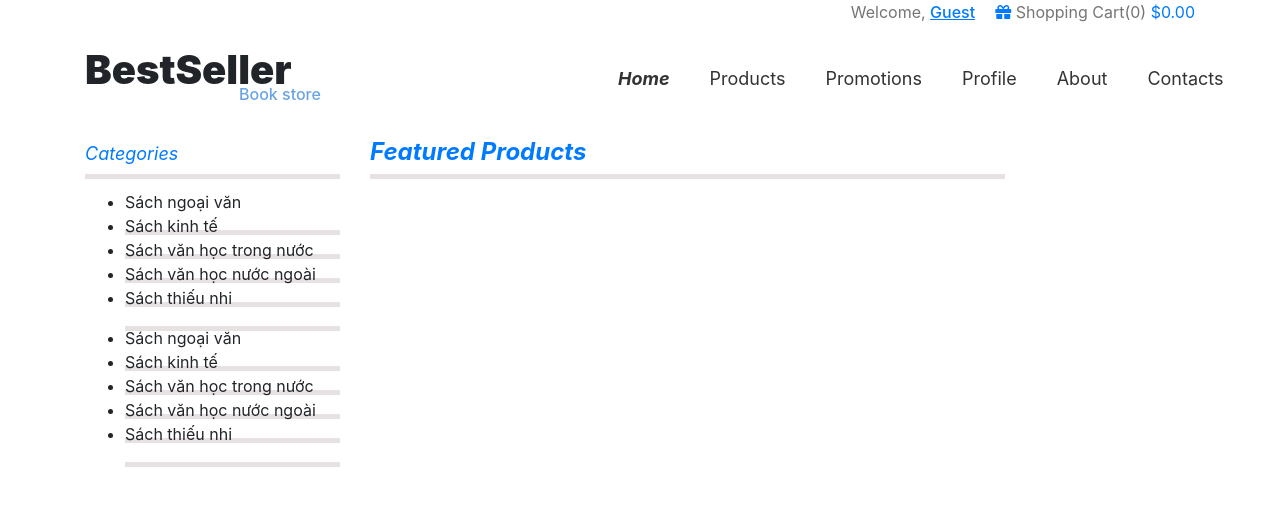
Repository: phunobi1807/BestSeller
Page: index.html
These files come from the project's save history. The page is drawn as it stood at one moment and after the next save; the edit follows.
The browser window is 1280 px wide. The pictures show the whole page.

Above is the page before, as saved 2021-06-28 23:14:42.

After the next save:
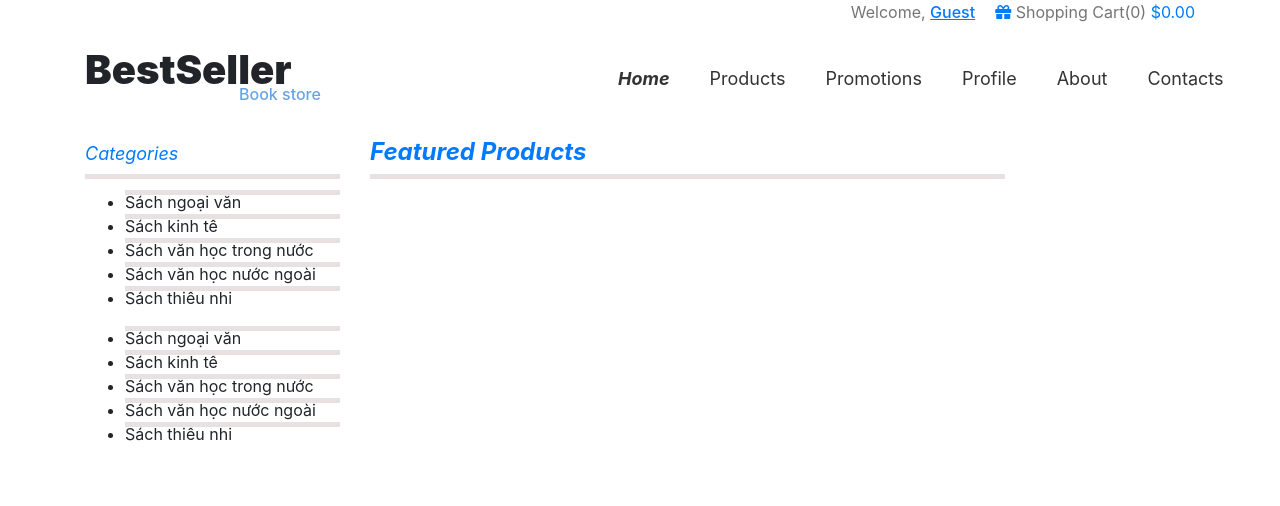
Saved 38 s later.
--- a/css/style.css
+++ b/css/style.css
@@ -127,7 +127,7 @@ html {
     position: absolute;
     content: "";
     left: 0;
-    top: 40px;
+    top: 0;
     width: 100%;
     height: 5px;
     background-color: #e7e1e1;
